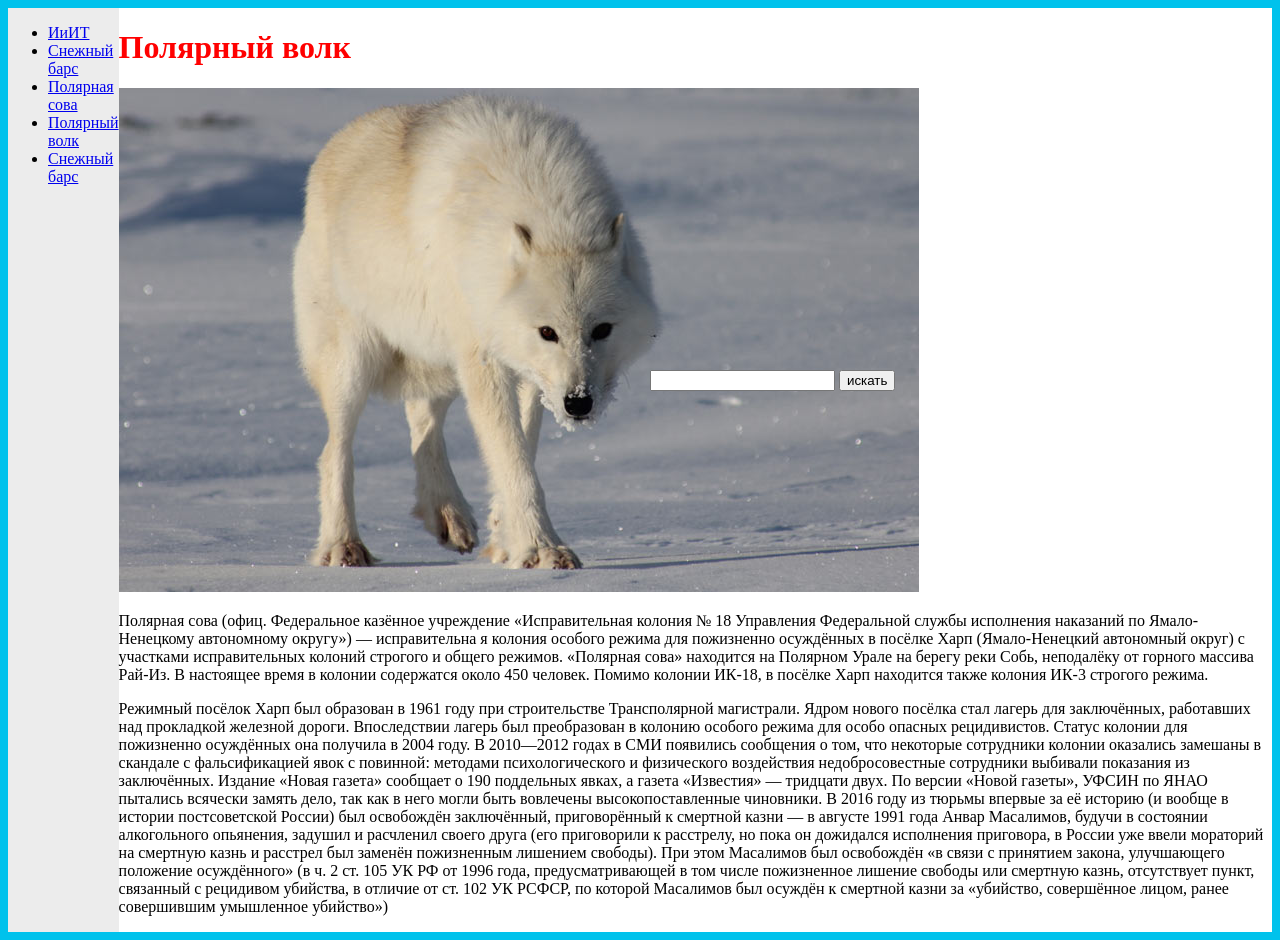
Repository: polinamalysheva/polina.github.io
Page: week11/4.html
The author's editor kept a record of every edit. The page is drawn from the files as they stood at one moment, then again after the next edit.
The browser window is 1280 px wide. The pictures show the whole page.

Above is the page before.

### week11/4.html
<!DOCTYPE html>
<html>
 <head>
   <meta charset="utf-8">
        <title>ИиИТ</title>
        <link href="style.css" rel="stylesheet">
 </head>
 <body>
     <div id="flex">
         <nav>
                <ul>
                    <li><a href="index.html">ИиИТ</a></li>
                    <li><a href="2.html">Снежный барс </a></li>
                    <li><a href="3.html">Полярная сова </a></li>
                    <li><a href="4.html">Полярный волк </a></li>
                    <li><a href="5.html">Снежный барс </a></li>
                </ul>
            </nav>
     <main>
  <h1>Полярный волк</h1>
  <img src="polyarnyj-volk-1.jpg">
  <p>
   Полярная сова  (офиц. Федеральное казённое учреждение «Исправительная колония № 18 Управления Федеральной службы исполнения наказаний по Ямало-Ненецкому автономному округу») — исправительна
   я колония особого режима для пожизненно осуждённых в посёлке Харп (Ямало-Ненецкий автономный округ) с участками исправительных колоний строгого и общего режимов. «Полярная сова» находится
   на Полярном Урале на берегу реки Собь, неподалёку от горного массива Рай-Из. В настоящее время в колонии содержатся около 450 человек.
   Помимо колонии ИК-18, в посёлке Харп находится также колония ИК-3 строгого режима.</p>
  <p>
   Режимный посёлок Харп был образован в 1961 году при строительстве Трансполярной магистрали. Ядром нового посёлка стал лагерь для заключённых, работавших над прокладкой железной дороги.
   Впоследствии лагерь был преобразован в колонию особого режима для особо опасных рецидивистов. Статус колонии для пожизненно осуждённых она получила в 2004 году.
   В 2010—2012 годах в СМИ появились сообщения о том, что некоторые сотрудники колонии оказались замешаны в скандале с фальсификацией явок с повинной: методами психологического и
   физического воздействия недобросовестные сотрудники выбивали показания из заключённых. Издание «Новая газета» сообщает о 190 поддельных явках, а газета «Известия» — тридцати двух.
   По версии «Новой газеты», УФСИН по ЯНАО пытались всячески замять дело, так как в него могли быть вовлечены высокопоставленные чиновники.

   В 2016 году из тюрьмы впервые за её историю (и вообще в истории постсоветской России) был освобождён заключённый, приговорённый к смертной казни — в августе 1991 года Анвар Масалимов,
   будучи в состоянии алкогольного опьянения, задушил и расчленил своего друга (его приговорили к расстрелу, но пока он дожидался исполнения приговора, в России уже ввели мораторий на
   смертную казнь и расстрел был заменён пожизненным лишением свободы). При этом Масалимов был освобождён «в связи с принятием закона, улучшающего положение осуждённого»
   (в ч. 2 ст. 105 УК РФ от 1996 года, предусматривающей в том числе пожизненное лишение свободы или смертную казнь, отсутствует пункт, связанный с рецидивом убийства, в отличие от ст. 102 УК РСФСР,
   по которой Масалимов был осуждён к смертной казни за «убийство, совершённое лицом, ранее совершившим умышленное убийство»)</p>
     </main>
    </div>
    <div id="google">
                <form action="https://www.google.com/search" method="get">
                <input type="text" name="q">
                <input type="submit" value="искать">
                </form>
    </div>
 </body>
</html>

### week11/style.css
body {
    background-color: #00c2ec;
}
#flex {
    display: flex;
    flex-direction: row;
}
#google {
    display: flex;
    flex-direction: row;
    padding: 10px;
    position: absolute;
    top: 50%;
    left: 50%;
    margin-right: -50%;
}
#google2 {
    display: flex;
    flex-direction: row;
    padding: 10px;
    position: absolute;
    top: 80%;
    left: 50%;
    margin-right: -50%;
}
nav {
    background-color: #ececec;
}
main {
    background-color: #ffffff;
}
h1 {
    color: red;
}

After the next edit:
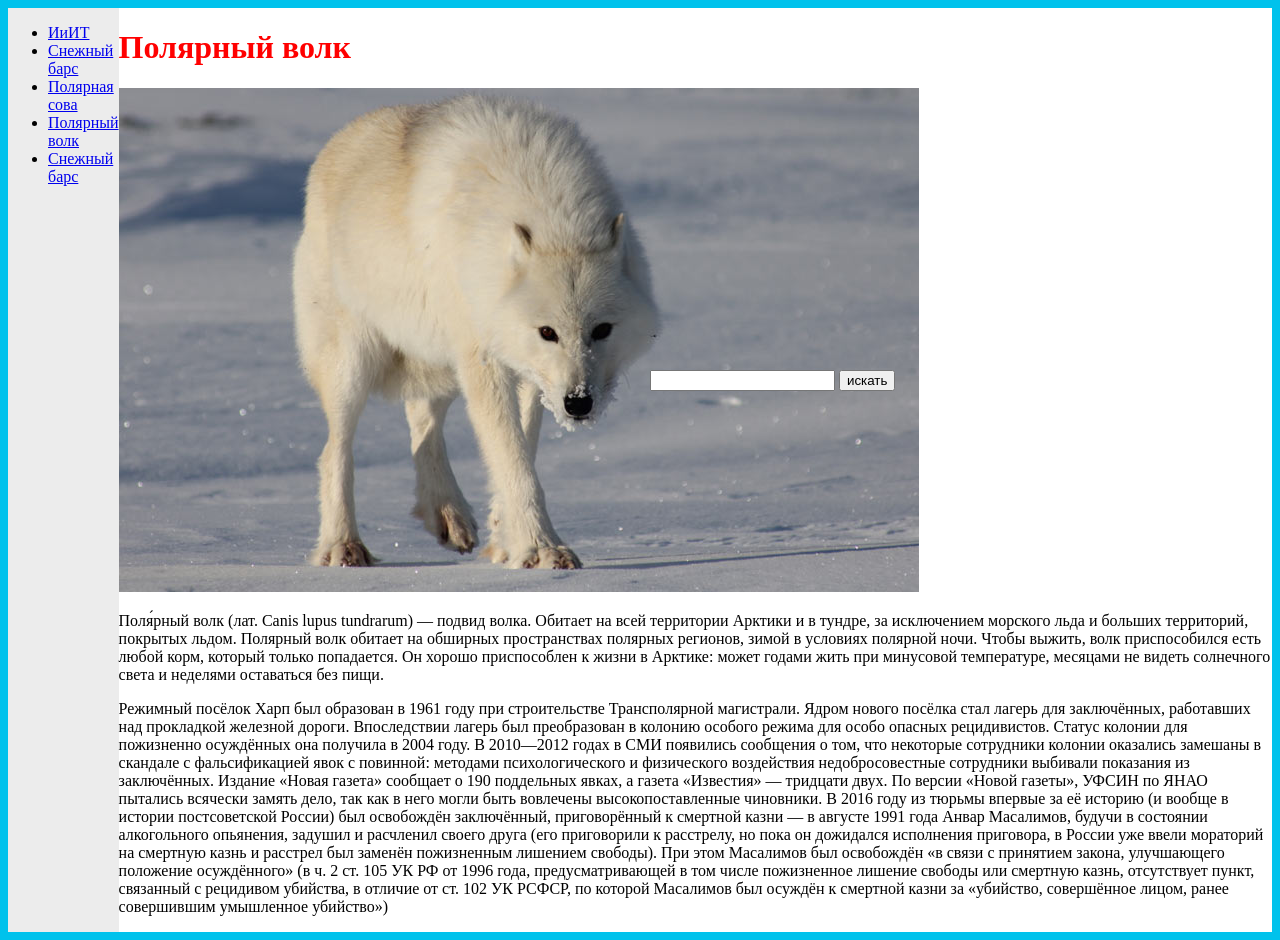
The edit:
--- a/week11/4.html
+++ b/week11/4.html
@@ -20,10 +20,9 @@
   <h1>Полярный волк</h1>
   <img src="polyarnyj-volk-1.jpg">
   <p>
-   Полярная сова  (офиц. Федеральное казённое учреждение «Исправительная колония № 18 Управления Федеральной службы исполнения наказаний по Ямало-Ненецкому автономному округу») — исправительна
-   я колония особого режима для пожизненно осуждённых в посёлке Харп (Ямало-Ненецкий автономный округ) с участками исправительных колоний строгого и общего режимов. «Полярная сова» находится
-   на Полярном Урале на берегу реки Собь, неподалёку от горного массива Рай-Из. В настоящее время в колонии содержатся около 450 человек.
-   Помимо колонии ИК-18, в посёлке Харп находится также колония ИК-3 строгого режима.</p>
+   Поля́рный волк (лат. Canis lupus tundrarum) — подвид волка. Обитает на всей территории Арктики и в тундре, за исключением морского льда и больших территорий, покрытых льдом.
+   Полярный волк обитает на обширных пространствах полярных регионов, зимой в условиях полярной ночи. Чтобы выжить, волк приспособился есть любой корм, который только попадается.
+   Он хорошо приспособлен к жизни в Арктике: может годами жить при минусовой температуре, месяцами не видеть солнечного света и неделями оставаться без пищи.</p>
   <p>
    Режимный посёлок Харп был образован в 1961 году при строительстве Трансполярной магистрали. Ядром нового посёлка стал лагерь для заключённых, работавших над прокладкой железной дороги.
    Впоследствии лагерь был преобразован в колонию особого режима для особо опасных рецидивистов. Статус колонии для пожизненно осуждённых она получила в 2004 году.
